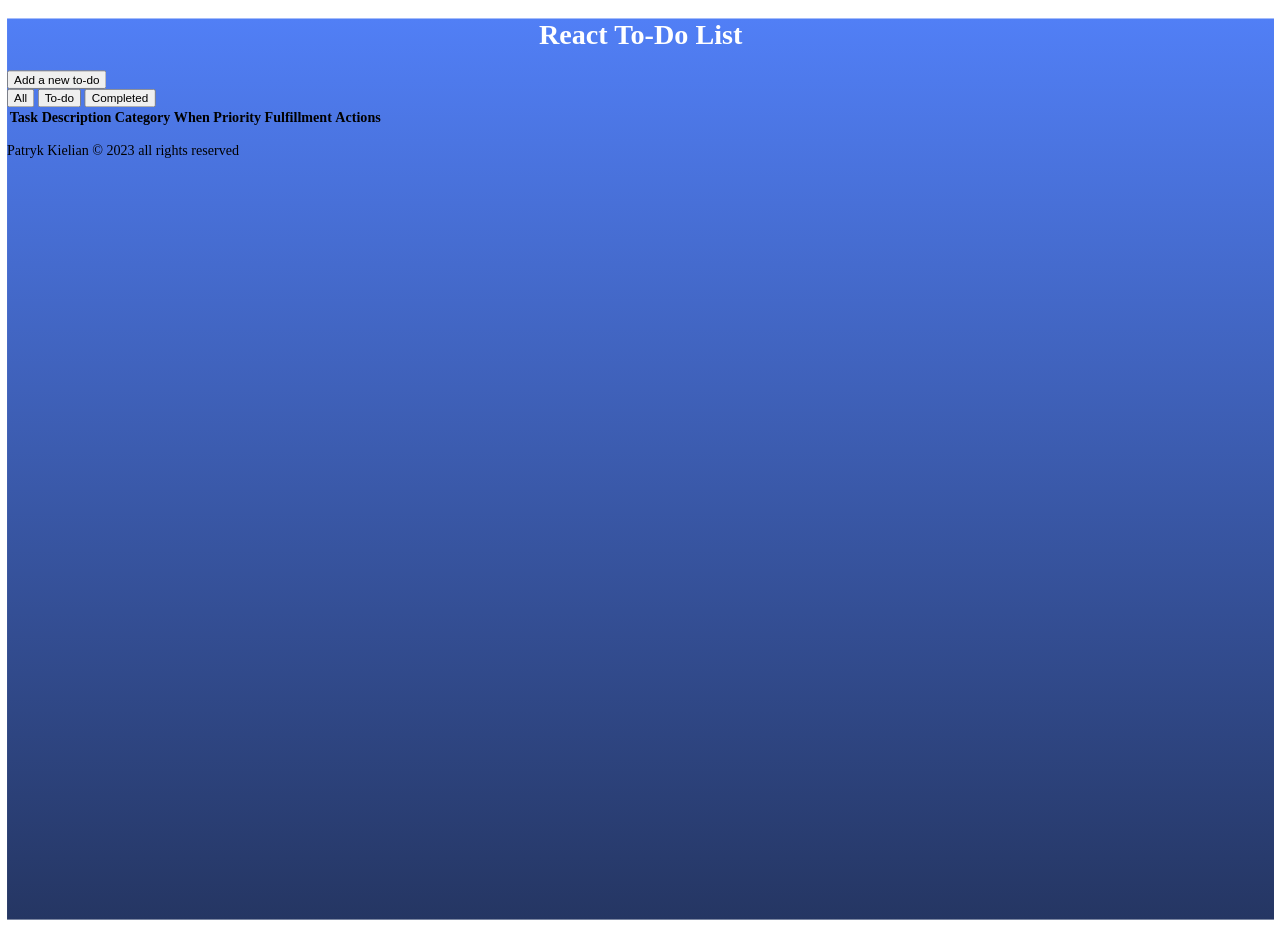
Repository: mirajane2/maquette-todo
Page: index.html
The author's editor kept a copy of each file at every save. The page is drawn from the files as they stood at one save, then again after the next save.
The browser window is 1280 px wide. The page is 1448 px wide, so the pictures cover 1448 px, including what lies to the right of the window. The pictures show the whole page, at 88% of full size.

Above is the page before, as saved 2024-11-12 15:28:19.

After the next save:
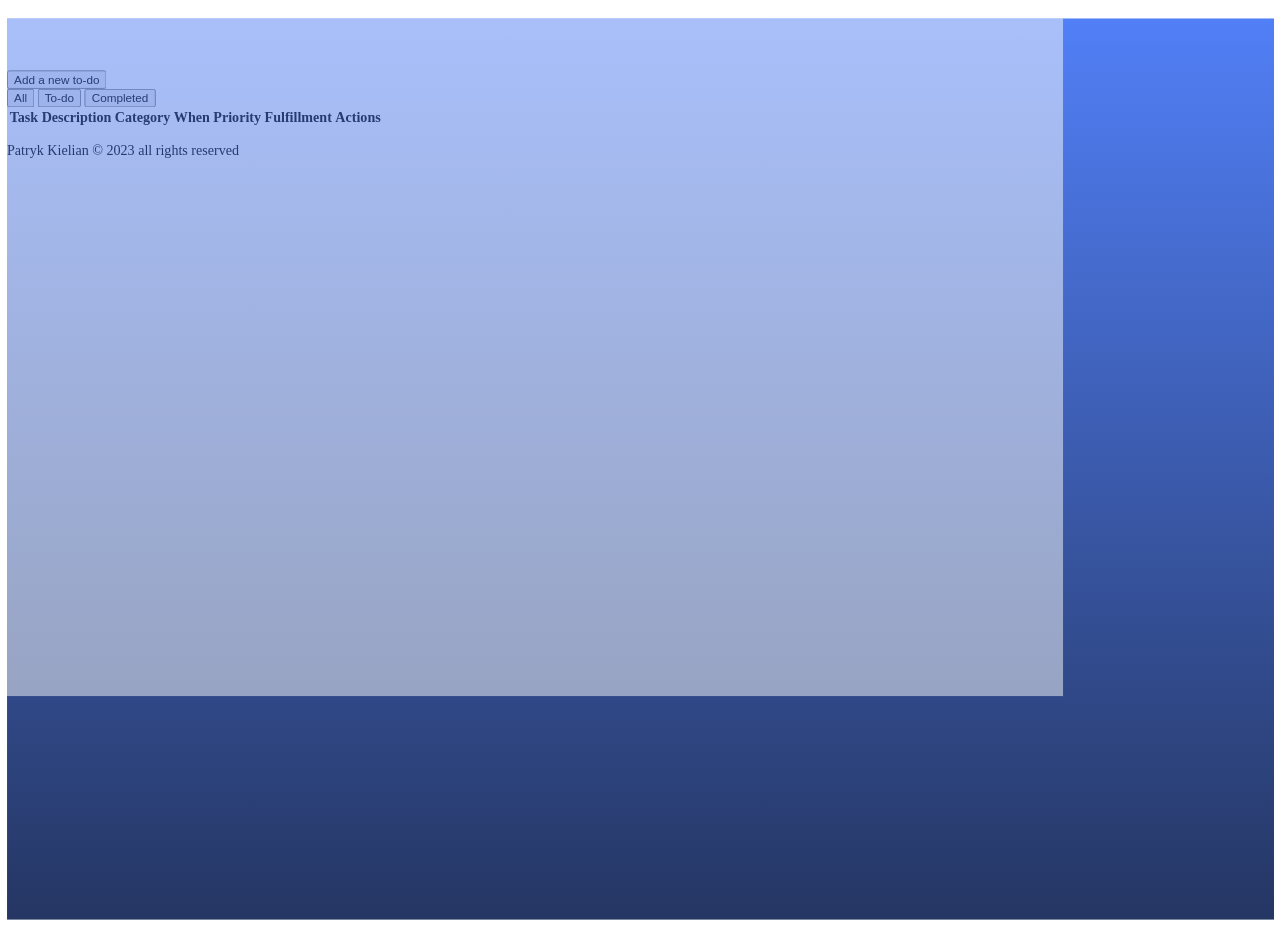
Saved 3 min 46 s later.
--- a/index.css
+++ b/index.css
@@ -3,6 +3,13 @@
     opacity: 100%;
     width : 1440px;
     height: 1024px;
+}
+
+.content{
+    background-color: #FFFFFF;
+    opacity: 50%;
+    width: 1200px;
+    height: 770px;
 }
 
 .titre{
